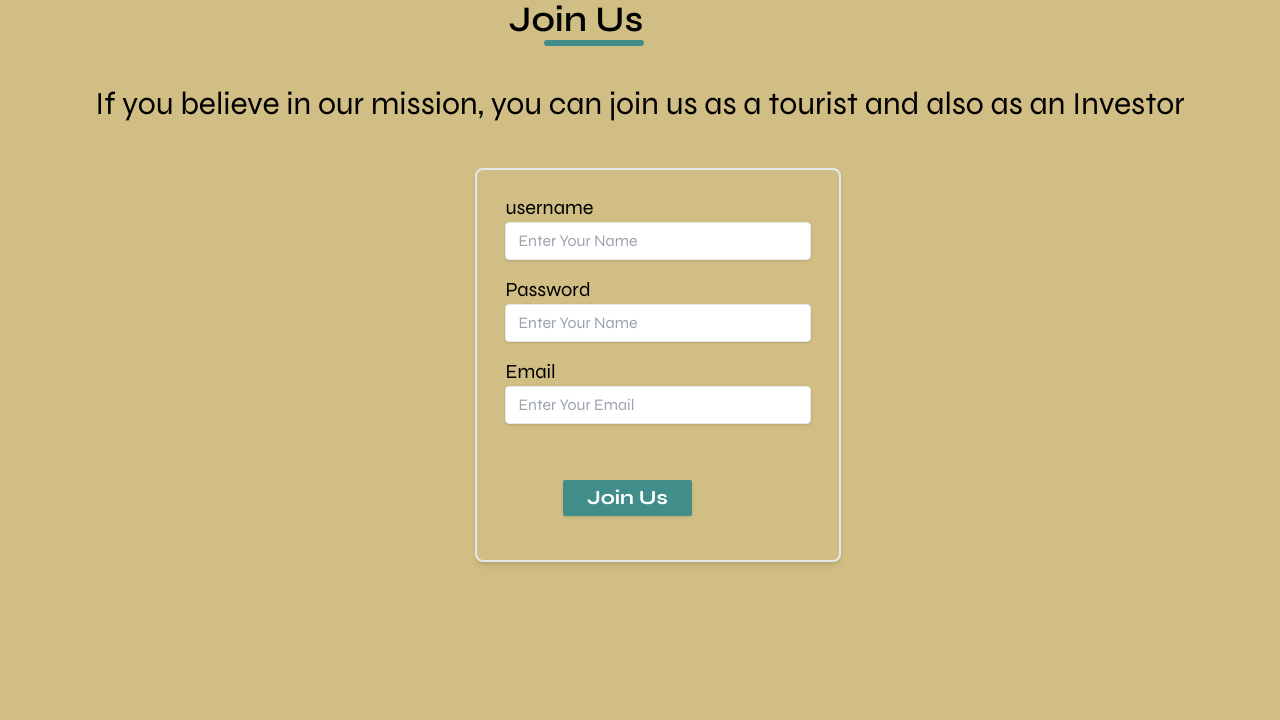
Repository: EngrAhmadUmar/landing-page
Page: /register
An editor plug-in stored every save of this project. The page is shown before and after a run of saves, followed by the edit.
The browser window is 1280 px wide. The pictures show the whole page.
The project was rebuilt for these pictures with package versions that can differ from the ones it lists, and the page was loaded fresh each time. The framework's server and built-in components were replaced by stand-ins that run in the browser. Also part of the build but not shown: next.config.js, src/Components/ApplyPageComponents/ApplyForm.jsx, src/Components/ApplyPageComponents/LoginForm.jsx.

Above is the page before, as saved 2022-07-06 10:38:35.

After the next 2 saves:
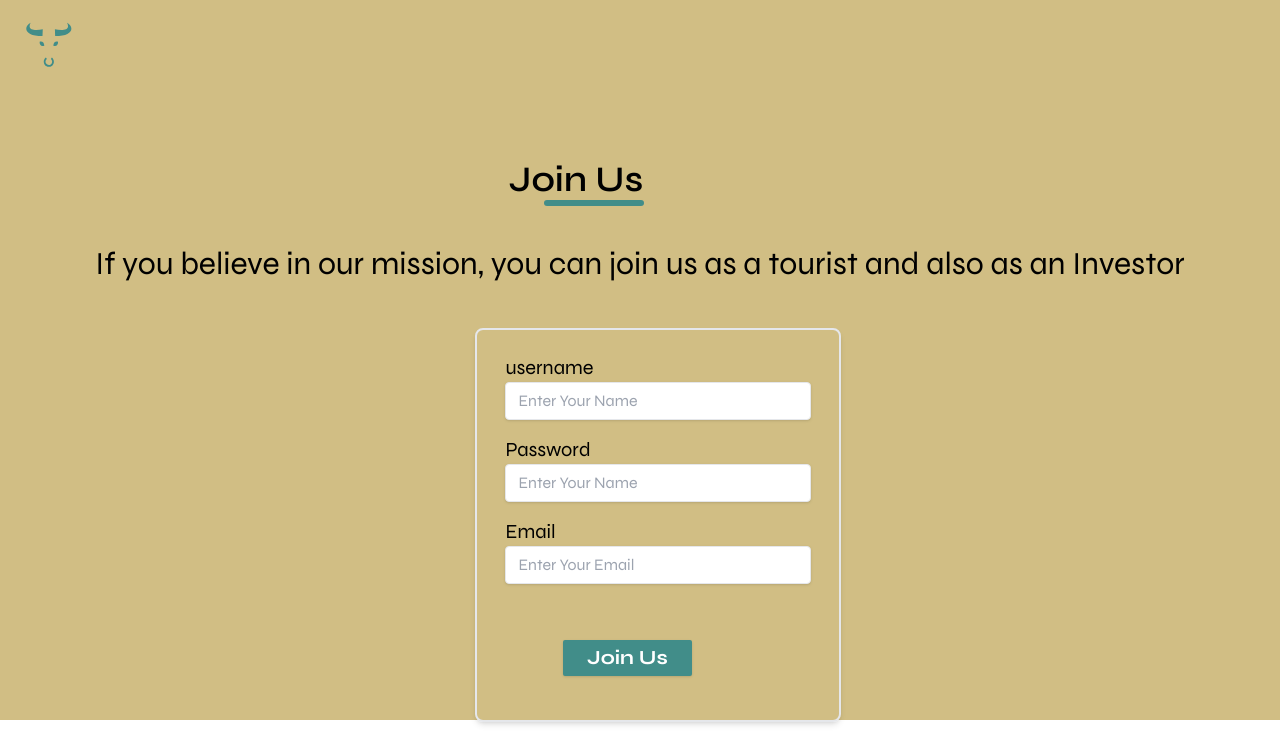
The 2 saves are shown as one change because 1 did not build or start.
The last was saved 117 s later.
--- a/src/Components/ApplyPageComponents/RegisterForm.jsx
+++ b/src/Components/ApplyPageComponents/RegisterForm.jsx
@@ -1,5 +1,6 @@
 import { gql, useMutation } from "@apollo/client";
 import Head from "next/head";
+import Image from "next/image";
 import { useState } from "react";
 import styles from "../../../styles/Home.module.css";
 
@@ -57,6 +58,15 @@ const JoinUs = () => {
         <title>Welcome to GGV</title>
         <meta name="description" content="Join Our Family" />
       </Head>
+      <div className="w-[50px] h-40 pt-5 ml-6">
+        <Image
+          src="/logo.svg"
+          layout="responsive"
+          width={5}
+          height={5}
+          opacity={100}
+        />
+      </div>
       <div className="">
         <div className="max-w-[90vw]">
           <h3 className="text-4xl font-semibold text-center ">Join Us</h3>
